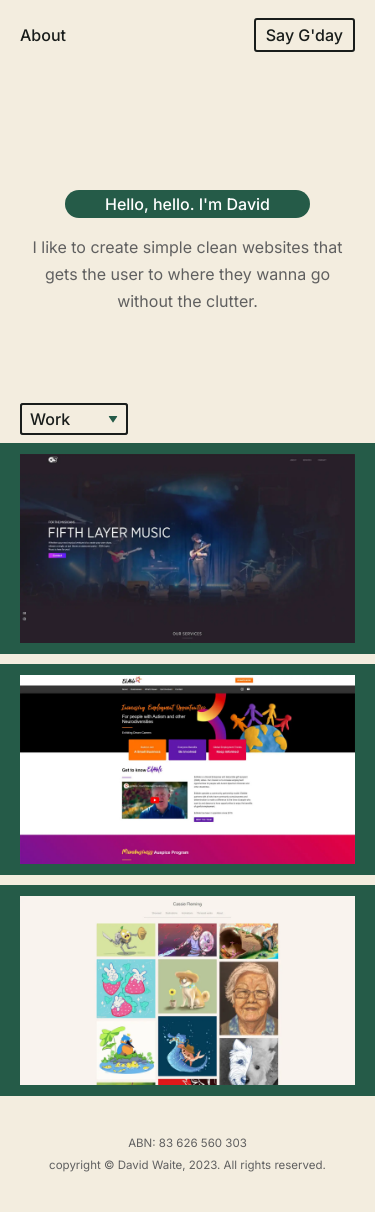
Repository: David-Waite/David-Waite-Portfolio
Page: /
The author's editor kept a copy of each file at every save. The page is drawn from the files as they stood at one save, then again after the next save.
The browser window is 375 px wide. The pictures show the whole page.
The project was rebuilt for these pictures with package versions that can differ from the ones it lists, and the page was loaded fresh each time. Some packages were replaced by stand-ins written for this rebuild. The framework's server and built-in components were replaced by stand-ins that run in the browser. Also part of the build but not shown: next.config.js.

Above is the page before, as saved 2023-07-28 08:50:20.

After the next save:
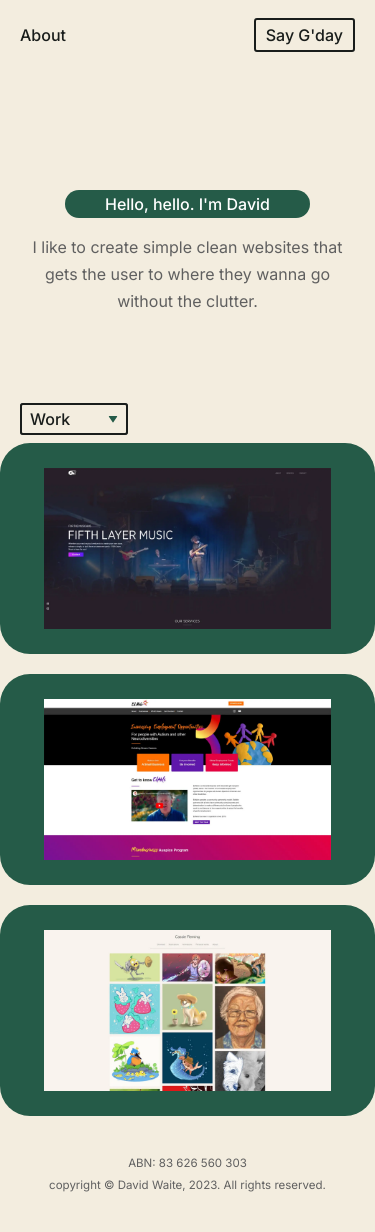
Saved 2 min 6 s later.
--- a/app/components/Home/Projects/projects.module.css
+++ b/app/components/Home/Projects/projects.module.css
@@ -125,13 +125,6 @@
 }
 
 @media (max-width: 425px) {
-  .projectsCard {
-    border-radius: 0px;
-  }
-  .projectsGrid {
-    gap: 10px;
-  }
-
   .projectsCard p,
   .projectsCard h2 {
     font-size: 16px;
@@ -147,7 +140,7 @@
     font-size: 12.8px;
   }
   .projectContainer {
-    height: calc(100% - 0px);
-    width: calc(100% - 40px);
+    height: calc(100% - 50px);
+    width: calc(100% - 0px);
   }
 }
